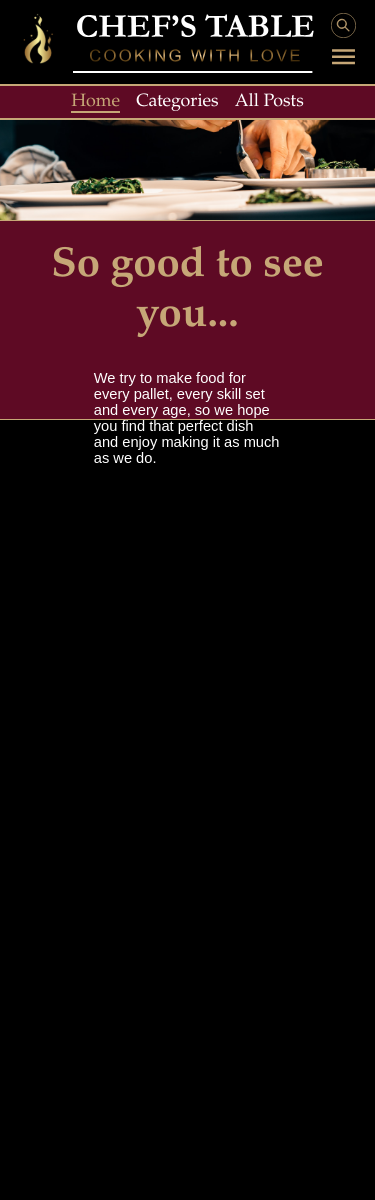
Repository: Noroff-FEU-Assignments/project-exam-1-runeunhjem
Page: index.html
An editor plug-in stored every save of this project. The page is shown before and after the next save, followed by the edit.
The browser window is 375 px wide. The pictures show the whole page.
The page's requests for data from a server got no answer.

Above is the page before, as saved 2023-05-01 13:54:59.

After the next save:
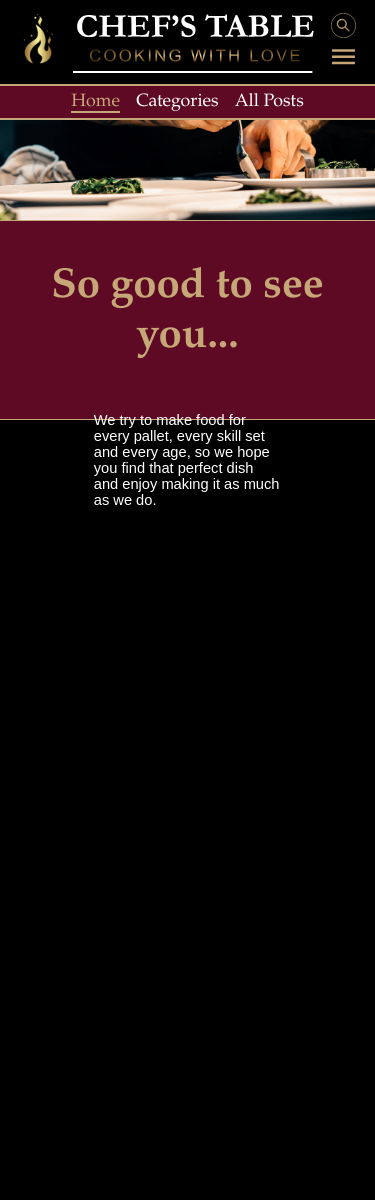
Saved 10 s later.
--- a/css/styles.css
+++ b/css/styles.css
@@ -194,7 +194,6 @@
 }
 
 .so-god-to-see-you {
-  margin: 0.5em auto;
   font-family: var(--font-family-elegant);
   font-size: calc(2.5rem + 0.5vw);
   color: var(--color-gold);
@@ -285,4 +284,4 @@
     background-image: url(../images/hero-image.png);
     height: 100px;
   }
-}/*# sourceMappingURL=styles_20230501135459.css.map */
+}/*# sourceMappingURL=styles_20230501135509.css.map */

After the save that followed:
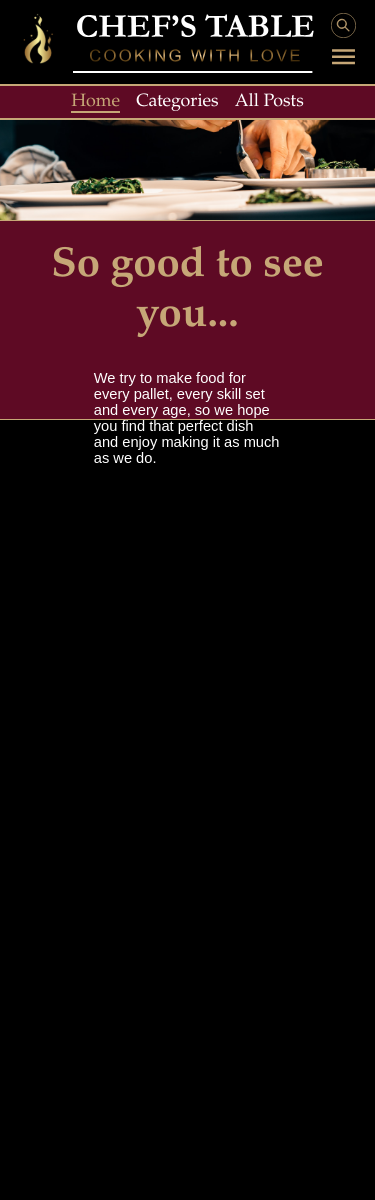
Saved 4 s later.
--- a/css/styles.css
+++ b/css/styles.css
@@ -194,6 +194,7 @@
 }
 
 .so-god-to-see-you {
+  margin: 0.5em auto;
   font-family: var(--font-family-elegant);
   font-size: calc(2.5rem + 0.5vw);
   color: var(--color-gold);
@@ -284,4 +285,4 @@
     background-image: url(../images/hero-image.png);
     height: 100px;
   }
-}/*# sourceMappingURL=styles_20230501135509.css.map */
+}/*# sourceMappingURL=styles_20230501135513.css.map */
